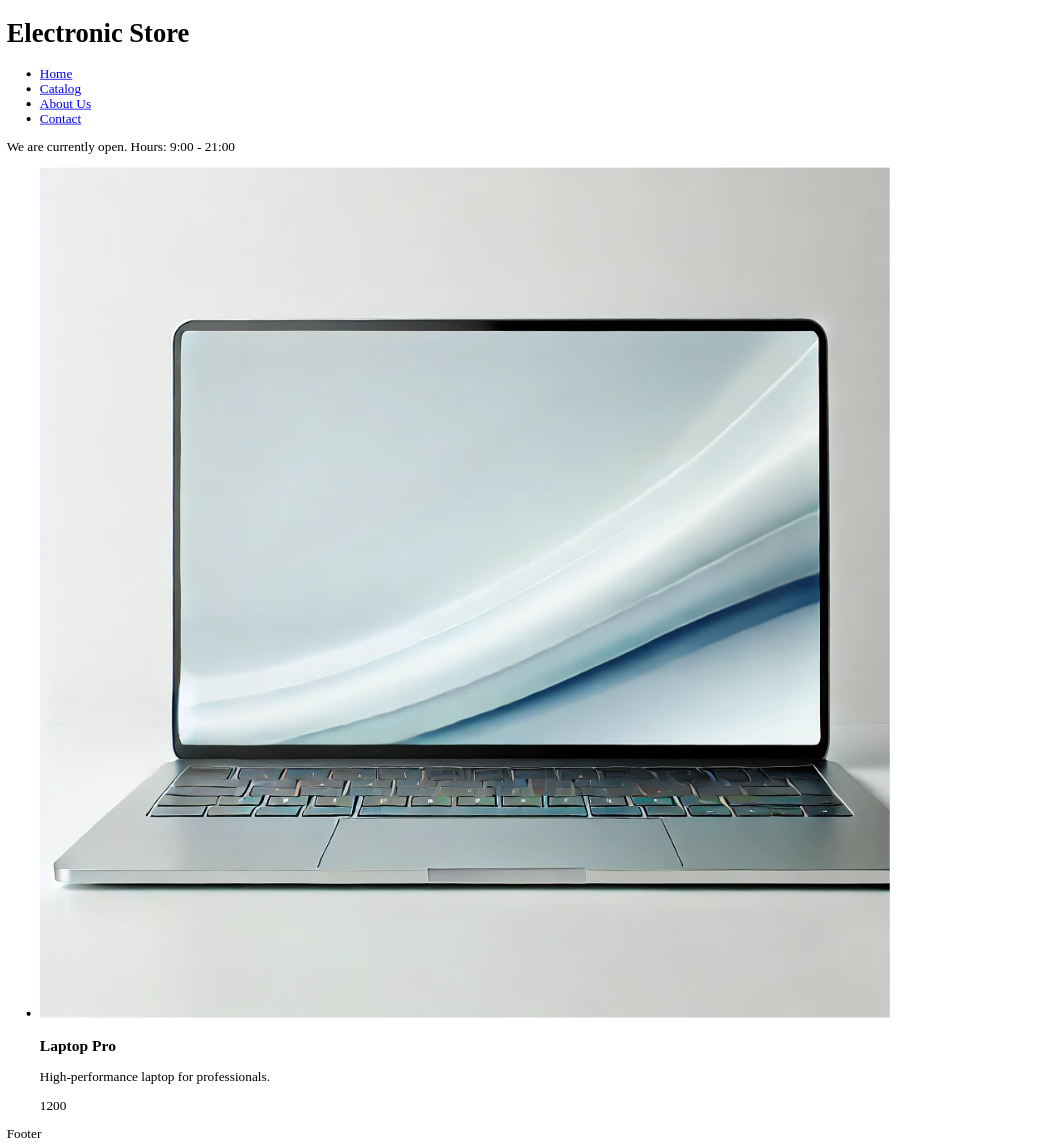
Repository: Lithium87/e-Strore
Page: /
An editor plug-in stored every save of this project. The page is shown before and after the next save, followed by the edit.
The browser window is 1280 px wide. The pictures show the whole page, at 83% of full size.
The project was rebuilt for these pictures with package versions that can differ from the ones it lists, and the page was loaded fresh each time. Also part of the build but not shown: vite.config.js.

Above is the page before, as saved 2025-07-05 15:36:09.

### src/main.jsx
import {StrictMode} from 'react';
import {createRoot} from 'react-dom/client';
import App from './App.jsx';

createRoot (document.getElementById ('root')).render (
  <StrictMode>
    <App />
  </StrictMode>
);

### src/App.jsx
import React from 'react';

const productData = [
  {
    name: 'Laptop Pro',
    description: 'High-performance laptop for professionals.',
    price: 1200,
    photoName: '/laptop.png',
    soldOut: false,
  },
  {
    name: 'Smartphone X',
    description: 'Latest model with stunning display.',
    price: 800,
    photoName: '/smartphone.png',
    soldOut: false,
  },
  {
    name: 'Wireless Headphones',
    description: 'Noise-cancelling headphones with great sound quality.',
    price: 200,
    photoName: '/headphones.png',
    soldOut: false,
  },
  {
    name: 'Smartwatch Z',
    description: 'Stylish smartwatch with fitness tracking features.',
    price: 150,
    photoName: '/smartwatch.png',
    soldOut: false,
  },
  {
    name: 'Gaming Console',
    description: 'Powerful gaming console for endless fun.',
    price: 400,
    photoName: '/console.png',
    soldOut: true,
  },
  {
    name: '4K TV',
    description: 'Ultra HD television with vibrant colors.',
    price: 1000,
    photoName: '/tv.png',
    soldOut: false,
  },
];

const App = () => {
  return (
    <div>
      <Header />
      <Catalog />
      <Footer />
    </div>
  );
};

const Header = () => {
  const hour = new Date ().getHours ();
  const openHours = 9;
  const closeHours = 21;
  const isOpen = hour >= openHours && hour < closeHours;

  return (
    <header>
      <h1>Electronic Store</h1>
      <nav>
        <ul>
          <li>
            <a href="#home">Home</a>
          </li>
          <li>
            <a href="#catalog">Catalog</a>
          </li>
          <li>
            <a href="#about">About Us</a>
          </li>
          <li>
            <a href="#contact">Contact</a>
          </li>
        </ul>
      </nav>
      <div>
        {isOpen
          ? <p>
              We are currently open. Hours: {openHours}:00 - {closeHours}:00
            </p>
          : <p>
              Sorry, we are closed. Hours: {openHours}:00 - {closeHours}:00
            </p>}
      </div>
    </header>
  );
};

const Catalog = () => {
  return (
    <main>
      <ul>
        <Product />
      </ul>
    </main>
  );
};

const Product = () => {
  return (
    <li>
      <img src={productData[0].photoName} alt={productData[0].name} />
      <div>
        <h3>{productData[0].name}</h3>
        <p>{productData[0].description}</p>
        <span>{productData[0].price}</span>
      </div>
    </li>
  );
};

const Footer = () => {
  return <footer>Footer</footer>;
};

export default App;

### src/index.css
@import url("https://fonts.googleapis.com/css2?family=Montserrat:wght@300;400;700&display=swap");

* {
  margin: 0;
  padding: 0;
  box-sizing: border-box;
}

html {
  font-size: 62.5%;
}

body {
  font-family: "Montserrat", sans-serif;
  color: #1e1e1e;
  background-color: #ffffff;
  min-height: 100vh;
  padding: 4rem;
  display: flex;
  justify-content: center;
  align-items: center;
}

.container {
  max-width: 120rem;
  margin: 0 auto;
  display: flex;
  flex-direction: column;
  align-items: center;
  gap: 3rem;
  padding: 2rem;
  background-color: #f4f6f8;
  border-radius: 1.2rem;
  box-shadow: 0px 4px 12px rgba(0, 0, 0, 0.1);
}

/* Header */
.header {
  align-self: stretch;
  text-align: center;
  padding: 1.5rem 0;
  background-color: #41546a;
  color: #ffffff;
  border-radius: 0.5rem;
  margin-bottom: 2rem;
}

.header h1 {
  font-size: 3.2rem;
  font-weight: 700;
  margin-bottom: 1rem;
}

.nav ul {
  list-style: none;
  display: flex;
  justify-content: center;
  gap: 2rem;
}

.nav a {
  color: #ffffff;
  text-decoration: none;
  font-size: 1.6rem;
  font-weight: 500;
  transition: color 0.3s;
}

.nav a:hover {
  color: #ffdd57;
}

.working-hours {
  font-size: 1.4rem;
  margin-top: 1rem;
  color: #f1f1f1;
}

/* Catalog */
.catalog {
  width: 100%;
  text-align: center;
}

.catalog h2 {
  font-size: 3rem;
  font-weight: 700;
  color: #333333;
  margin-bottom: 1rem;
}

.catalog > p {
  font-size: 1.6rem;
  color: #555;
  line-height: 1.8;
  margin-bottom: 2rem;
}

.products {
  list-style: none;
  display: grid;
  grid-template-columns: repeat(auto-fit, minmax(20rem, 1fr));
  gap: 3rem;
  padding: 2rem;
}

.product {
  background-color: #ffffff;
  border-radius: 1rem;
  padding: 1.5rem;
  box-shadow: 0 8px 24px rgba(0, 112, 243, 0.1);
  transition: transform 0.3s ease, box-shadow 0.3s ease;
}

.product:hover {
  transform: translateY(-5px);
  box-shadow: 0 12px 36px rgba(0, 112, 243, 0.15);
}

.product img {
  width: 100%;
  height: auto;
  border-radius: 0.8rem;
  margin-bottom: 1.2rem;
}

.product div {
  text-align: left;
  padding: 0.5rem 0;
}

.product h3 {
  font-size: 2rem;
  font-weight: 700;
  color: #333;
  margin-bottom: 0.5rem;
}

.product p {
  font-size: 1.4rem;
  color: #666;
  font-weight: 400;
  margin-bottom: 1.2rem;
}

.product span {
  display: block;
  font-size: 1.6rem;
  font-weight: 500;
  color: #0070f3;
}

.product.sold-out {
  opacity: 0.6;
  pointer-events: none;
}

.product.sold-out span {
  color: #ff4d4d;
}

/* Footer */
.footer {
  text-align: center;
  font-size: 1.6rem;
  color: #333;
  background-color: #f4f4f4;
  padding: 2rem;
  border-radius: 0.5rem;
  margin-top: 2rem;
}

.footer h3 {
  font-size: 2rem;
  font-weight: 700;
  margin-bottom: 1rem;
}

.footer p {
  font-size: 1.4rem;
  margin-top: 0.5rem;
  color: #555;
}

.order {
  margin-top: 2rem;
  display: flex;
  flex-direction: column;
  align-items: center;
  gap: 1.5rem;
}

.btn {
  color: #fff;
  font-family: inherit;
  border: none;
  font-size: 1.6rem;
  font-weight: 600;
  background-color: #0070f3;
  padding: 1.2rem 3rem;
  border-radius: 2rem;
  cursor: pointer;
  transition: background-color 0.3s ease;
}

.btn:hover {
  background-color: #005bb5;
}

Loaded but not shown: index.html (common file)

After the next save:
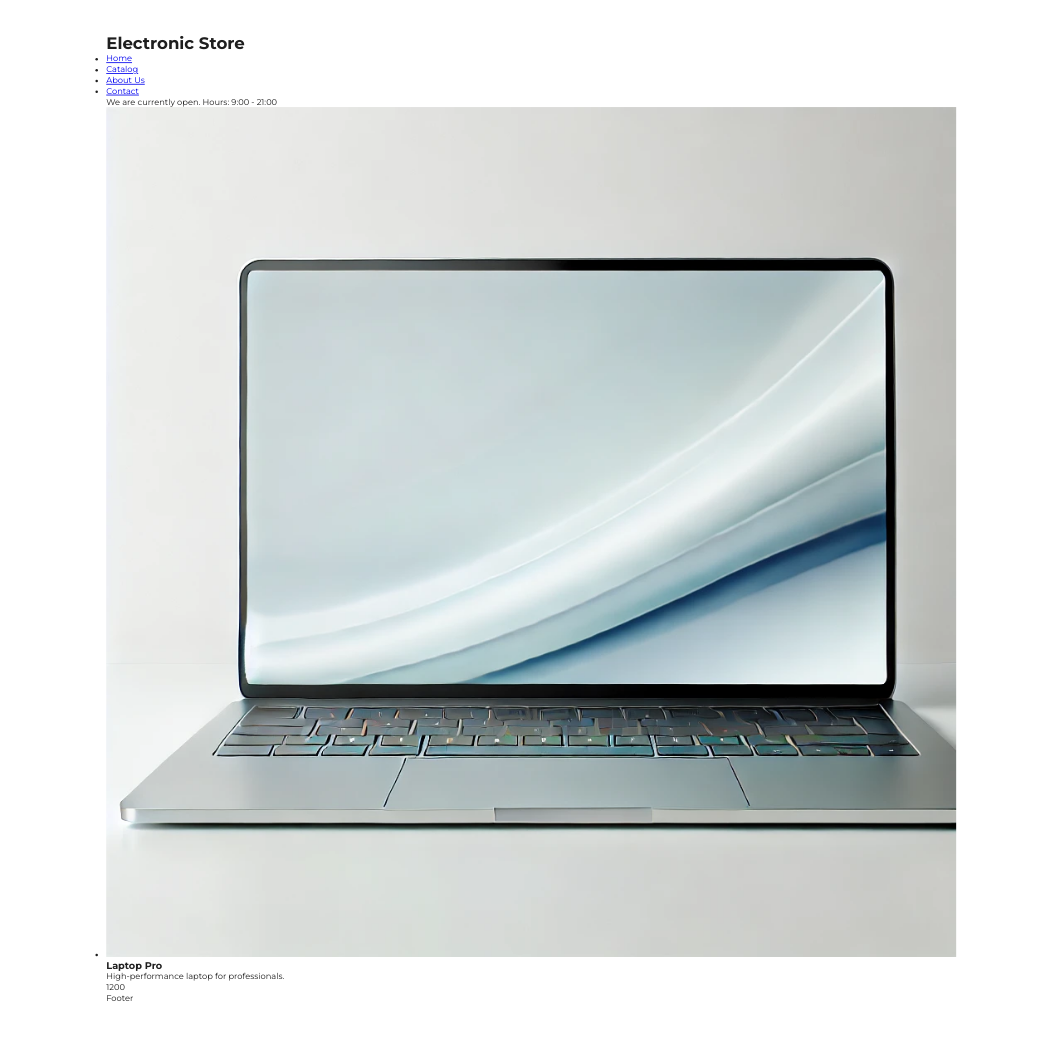
Saved 40 min 0 s later.
--- a/src/App.jsx
+++ b/src/App.jsx
@@ -1,4 +1,5 @@
 import React from 'react';
+import './index.css';
 
 const productData = [
   {
